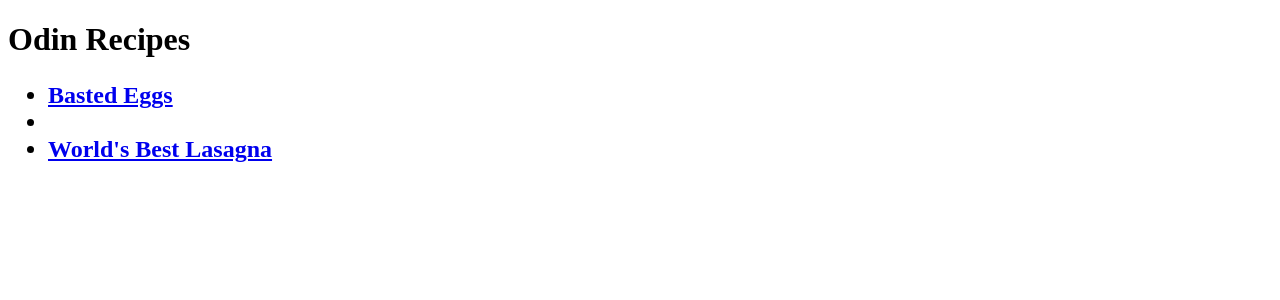
Repository: rickypcyt/odinproyect-recipes-web
Page: index.html
The author's editor kept a copy of each file at every save. The page is drawn from the files as they stood at one save, then again after a run of saves.
The browser window is 1280 px wide. The pictures show the whole page.

Above is the page before, as saved 2022-09-20 16:58:15.

### index.html
<!DOCTYPE html>
<html lang="en">
  <head>
    <meta charset="UTF-8" />
    <meta http-equiv="X-UA-Compatible" content="IE=edge" />
    <meta name="viewport" content="width=device-width, initial-scale=1.0" />
    <title>Odin recipes</title>
  </head>
  <body>
    <h1>Odin Recipes</h1>
    <h2>
      <ul>
        <li><a href="recipes/BastedEggs.html">Basted Eggs</a></li>
        <li></li>
        <li><a href="recipes/Lasagna.html">World's Best Lasagna</a></li>
      </ul>
    </h2>
  </body>
</html>

After the next 2 saves:
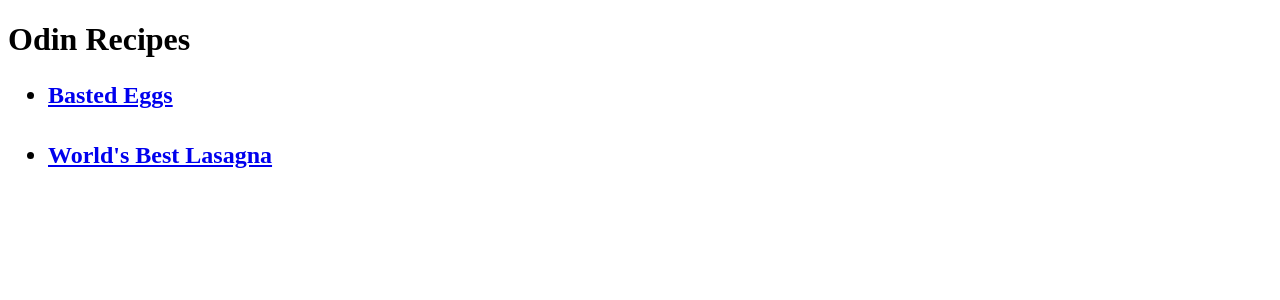
The 2 saves are shown as one change because they came seconds apart.
The last was saved 9 s later.
--- a/index.html
+++ b/index.html
@@ -11,7 +11,7 @@
     <h2>
       <ul>
         <li><a href="recipes/BastedEggs.html">Basted Eggs</a></li>
-        <li></li>
+        <h1></h1>
         <li><a href="recipes/Lasagna.html">World's Best Lasagna</a></li>
       </ul>
     </h2>
